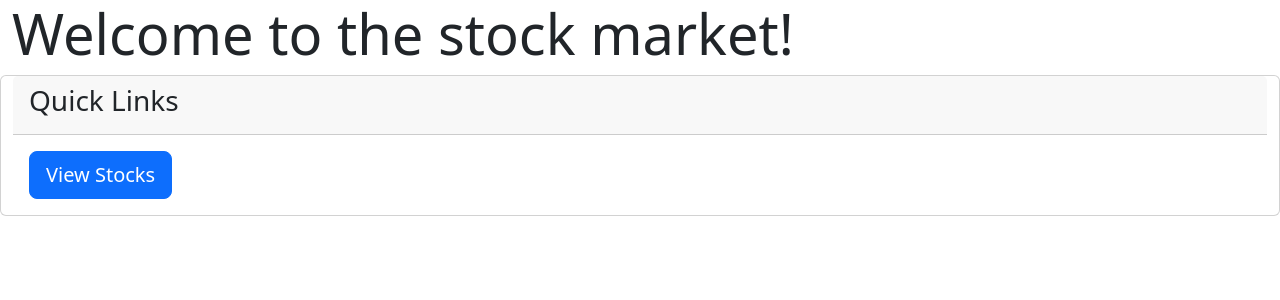
Repository: abdelbaset99/StockMarket
Page: / (app in stockmarket/)
These files come from the project's save history. The page is drawn as it stood at one moment and after the next save; the edit follows.
The browser window is 1280 px wide. The pictures show the whole page.
The project was rebuilt for these pictures with package versions that can differ from the ones it lists, and the page was loaded fresh each time. Also part of the build but not shown: stockmarket/angular.json, stockmarket/src/app/orders/orders.component.ts, stockmarket/src/app/order.service.ts, stockmarket/src/app/stocks/stocks.component.ts, stockmarket/src/app/stock.service.ts.

Above is the page before, as saved 2023-07-13 12:15:09.

### stockmarket/src/index.html
<!doctype html>
<html lang="en">
<head>
  <meta charset="utf-8">
  <title>Stockmarket</title>
  <base href="/">
  <meta name="viewport" content="width=device-width, initial-scale=1">
  <link rel="icon" type="image/x-icon" href="favicon.ico">
</head>
<body>
  <app-root></app-root>
</body>
</html>

### stockmarket/src/app/app.module.ts
import { NgModule } from '@angular/core';
import { BrowserModule } from '@angular/platform-browser';
import { AppRoutingModule } from './app-routing.module';
import { AppComponent } from './app.component';
import { HttpClientModule } from '@angular/common/http';
import { OrdersComponent } from './orders/orders.component';
import { StocksComponent } from './stocks/stocks.component';
import { FormsModule } from '@angular/forms';
import { HomeComponent } from './home/home.component';
// import { SocketsService } from './sockets.service';
// import { HubConnection } from '@microsoft/signalr/dist/esm/HubConnection';
import { HubConnection } from '@microsoft/signalr';
import { createHubConnection } from './hub-connection.factory';


@NgModule({
  declarations: [
    AppComponent,
    OrdersComponent,
    StocksComponent,
    HomeComponent
  ],
  imports: [
    BrowserModule,
    AppRoutingModule,
    HttpClientModule,
    FormsModule
  ],
  providers: [{ provide: HubConnection, useFactory: createHubConnection }],
  bootstrap: [AppComponent]
})
export class AppModule { }

### stockmarket/src/app/app-routing.module.ts
import { NgModule } from '@angular/core';
import { RouterModule, Routes } from '@angular/router';
import { OrdersComponent } from './orders/orders.component';
import { StocksComponent } from './stocks/stocks.component';
import { HomeComponent } from './home/home.component';

const routes: Routes = [
  { path: '', component: HomeComponent },
  { path: 'orders', component: OrdersComponent },
  { path: 'stocks', component: StocksComponent },
];

@NgModule({
  imports: [RouterModule.forRoot(routes)],
  exports: [RouterModule]
})
export class AppRoutingModule {}

### stockmarket/src/app/app.component.ts
import { Component } from '@angular/core';
// import { SocketsService } from './sockets.service';
// import { Observable, Subscription } from 'rxjs';
// import { HttpClient} from '@angular/common/http';

@Component({
  selector: 'app-root',
  templateUrl: './app.component.html',
  styleUrls: ['./app.component.css'],
})
export class AppComponent {
  title = 'stocks';
  // stocks: any[] = [];
  // sub: Subscription = new Subscription();

  // constructor(private http: HttpClient) {}
  constructor() {

  }

  ngOnInit() {
    // this.getStocksData();
    // this.http.get<any[]>(`http://localhost:5000/`).subscribe(
    //   (stocks) => {
    //     this.stocks = stocks;
    //   },
    //   (err) => {
    //     console.log(err);
    //   }
    // );
  }

  // getStocksData(): void {
  //   this.sub = this.socketService.getStocks().subscribe((stocks) => {
  //     this.stocks = stocks;
  //   });
  // }

}

### stockmarket/src/app/hub-connection.factory.ts
import { HubConnection, HubConnectionBuilder } from '@microsoft/signalr';

export function createHubConnection(): HubConnection {
  const builder = new HubConnectionBuilder();
  const connection = builder.withUrl('http://localhost:5089/stockhub').build();
  return connection;
}

### stockmarket/src/app/home/home.component.html
<div class="container-fluid">
  <div class="row">
    <div class="col-md-8">
      <h1 class="display-4">Welcome to the stock market!</h1>
    </div>
      <div class="card">
        <div class="card-header">
          <h3>Quick Links</h3>
        </div>
        <div class="card-body">
          <!-- <a class="btn btn-primary btn-lg btn-block" routerLink="/stocks">View Stocks</a>
          <a class="btn btn-secondary btn-lg btn-block" routerLink="/orders">View Orders</a> -->
          <a class="btn btn-primary btn-lg btn-block" routerLink="/stocks">View Stocks</a>
        </div>
      </div>
  </div>
</div>

Loaded but not shown: stockmarket/src/styles.css (common file); stockmarket/src/main.ts (common file); stockmarket/src/app/home/home.component.ts (common file); stockmarket/src/app/app.component.html (common file); stockmarket/src/app/app.component.css (no stored copy; drawn as an empty file); stockmarket/src/app/home/home.component.css (no stored copy; drawn as an empty file)

After the next save:
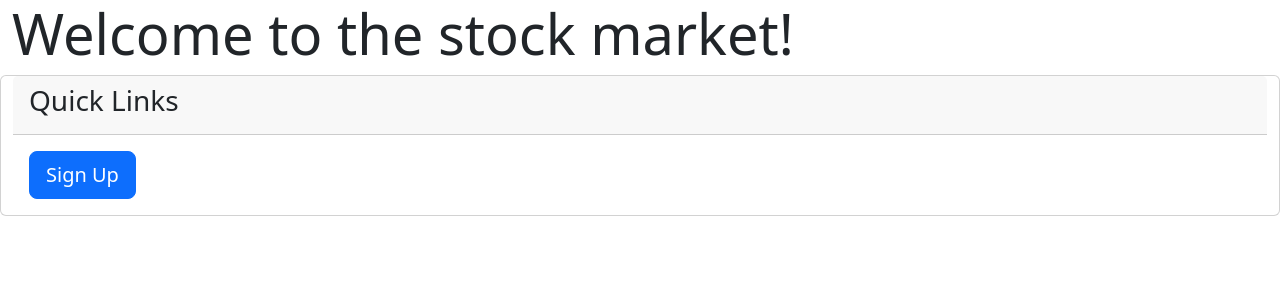
Saved 5 s later.
--- a/stockmarket/src/app/home/home.component.html
+++ b/stockmarket/src/app/home/home.component.html
@@ -10,7 +10,7 @@
         <div class="card-body">
           <!-- <a class="btn btn-primary btn-lg btn-block" routerLink="/stocks">View Stocks</a>
           <a class="btn btn-secondary btn-lg btn-block" routerLink="/orders">View Orders</a> -->
-          <a class="btn btn-primary btn-lg btn-block" routerLink="/stocks">View Stocks</a>
+          <a class="btn btn-primary btn-lg btn-block" routerLink="/stocks">Sign Up</a>
         </div>
       </div>
   </div>
